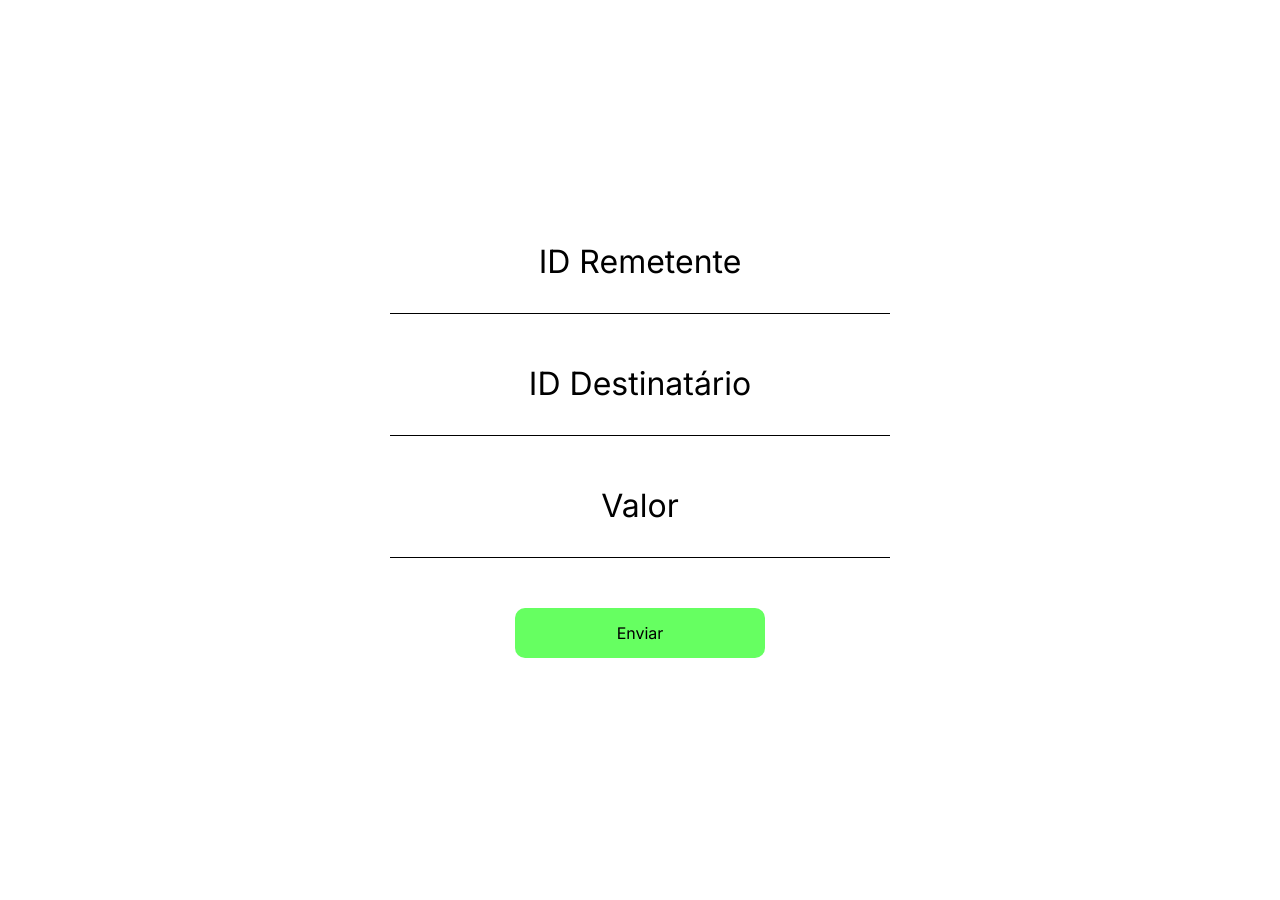
Repository: mateusilva8/tarefa-pix
Page: frontend/pix.html
These files come from the project's save history. The page is drawn as it stood at one moment and after the next save; the edit follows.
The browser window is 1280 px wide. The pictures show the whole page.

Above is the page before, as saved 2023-10-22 14:19:36.

### frontend/pix.html
<!DOCTYPE html>
<html lang="pt-BR">
<head>
  <meta charset="UTF-8">
  <meta name="viewport" content="width=device-width, initial-scale=1.0">
  <title>PIX</title>
  <link rel="preconnect" href="https://fonts.googleapis.com">
  <link rel="preconnect" href="https://fonts.gstatic.com" crossorigin>
  <link href="https://fonts.googleapis.com/css2?family=Inter:wght@400;700&display=swap" rel="stylesheet">
  <link rel="stylesheet" href="./css/pix.css">
</head>
<body>
    <div class="container">
        <div class="formulario">
            <form id="form">
                <div class="mb-3">
                  <label for="idRemetente" class="form-label">ID Remetente</label>
                  <input type="number" class="form-control" id="idRemetente">
                </div>
                <div class="mb-3">
                  <label for="idDestinatario" class="form-label">ID Destinatário</label>
                  <input type="number" class="form-control" id="idDestinatario">
                </div>
                <div class="mb-3">
                  <label for="valor" class="form-label">Valor</label>
                  <input type="number" class="form-control" id="valor">
                </div>
                <button type="button" class="btn" id="botaoEnviar">Enviar</button>
              </form>
        </div>
    </div>



  <script src="https://code.jquery.com/jquery-3.3.1.slim.min.js" integrity="sha384-q8i/X+965DzO0rT7abK41JStQIAqVgRVzpbzo5smXKp4YfRvH+8abtTE1Pi6jizo" crossorigin="anonymous"></script>
  <script src="https://cdnjs.cloudflare.com/ajax/libs/popper.js/1.14.3/umd/popper.min.js" integrity="sha384-ZMP7rVo3mIykV+2+9J3UJ46jBk0WLaUAdn689aCwoqbBJiSnjAK/l8WvCWPIPm49" crossorigin="anonymous"></script>
  <script src="./js/pix.js"></script>
</body>
</html>

### frontend/css/pix.css
body {
    margin: 0;
    padding: 0;
    font-family: 'Inter', sans-serif;
}

.container {
    display: flex;
    height: 700px;
    margin: 100px;
    justify-content: center;
    align-items: center;
}

.formulario {
    width: 100%;
    display: flex;
    flex-direction: column;
    align-items: center;
}

.formulario form {
    width: 500px;
    display: flex;
    flex-direction: column;
    align-items: center;
}

.mb-3 {
    display: flex;
    flex-direction: column;
    width: 100%;
    margin-bottom: 50px;
    font-size: 2rem;
    text-align: center;
}

input[type=number]::-webkit-inner-spin-button,
    input[type=number]::-webkit-outer-spin-button {
        -webkit-appearance: none;
        margin: 0;
    }

input {
    height: 2rem;
    margin: 0;
    padding: 0;
    border: none;
    border-bottom: 1px solid #000;
    outline: none;

    &:focus {
        border-bottom: 2px solid #00f;
    }
}

.btn {
    width: 250px;
    height: 50px;
    font-size: 1rem;
    font-family: 'Inter';
    font-weight: 400;
    background-color: rgb(102, 255, 97);
    border: 0;
    border-radius: 10px;
}

### frontend/js/pix.js
let idRemetente = document.getElementById('idRemetente');
let idDestinatario = document.getElementById('idDestinatario');
let valor = document.getElementById('valor')


async function realizarPix () {
    let payload = {
        senderId: idRemetente.value,
        recipientId: idDestinatario.value,
        value: valor.value,
      };

      let resposta = await fetch(`http://localhost:3000/pix-api/pix`, {
        method: 'POST',
        headers: {
            "Content-type" : 'application/json',
            "Acccept": 'appplication/json'
        },
        body: JSON.stringify(payload)
      });

      let mensagem = await resposta.json()

      if (mensagem.mensagem) {
          console.log(mensagem);
          alert(mensagem.mensagem);
      }else {
        console.log(mensagem);
        if (mensagem.error == 'The attribute "value" is required.')
        alert('Digite um valor válido');
        if (mensagem.error == 'The attribute "senderId" is required.')
        alert('Informe o ID do remetente');
        if (mensagem.error == 'The attribute "recipientId" is required.')
        alert('Informe o ID do destinatário');
      }

}

let botaoPix = document.getElementById('botaoEnviar');
  botaoPix.addEventListener('click', () => {
    realizarPix();
  })

After the next save:
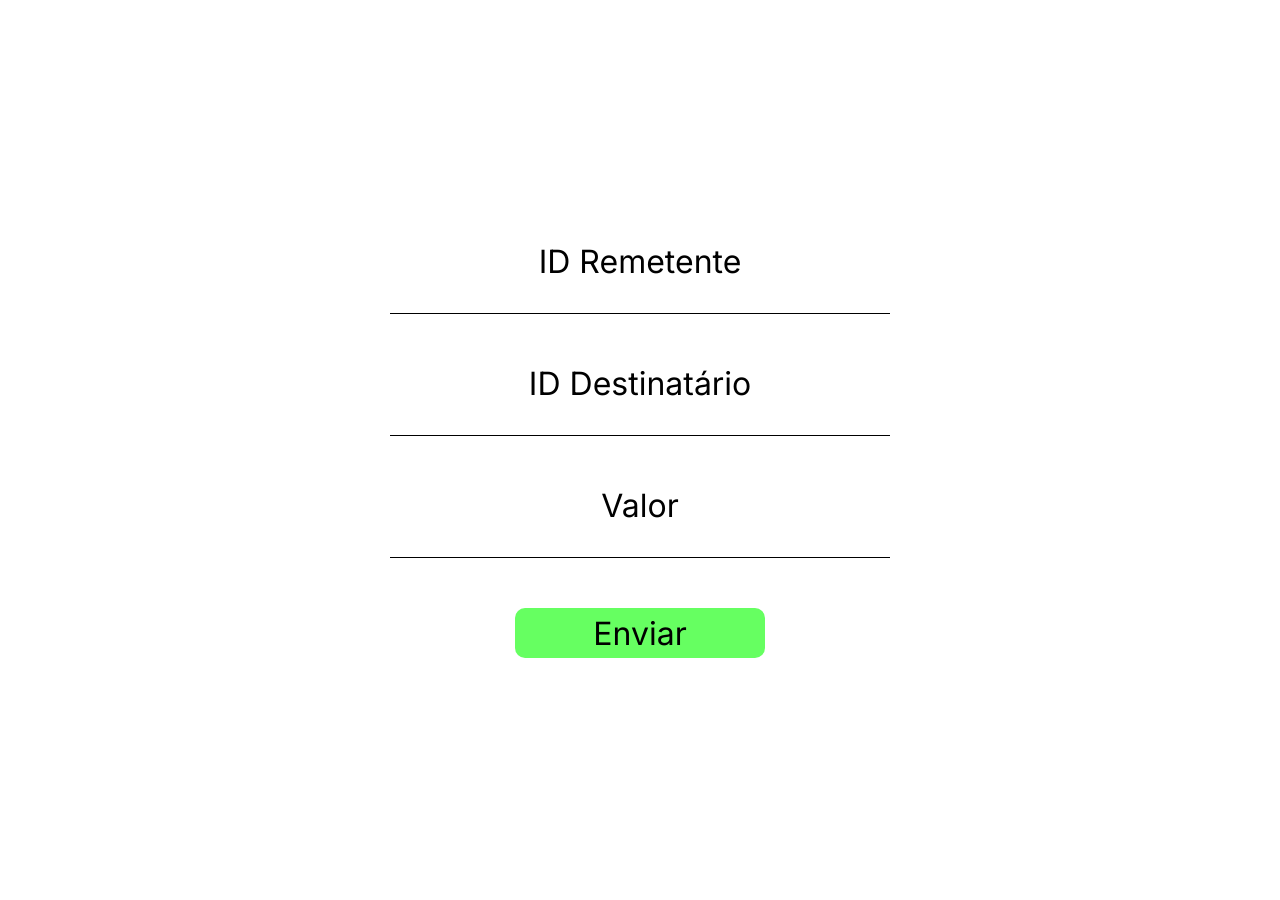
Saved 4 s later.
--- a/frontend/css/pix.css
+++ b/frontend/css/pix.css
@@ -57,7 +57,7 @@ input {
 .btn {
     width: 250px;
     height: 50px;
-    font-size: 1rem;
+    font-size: 2rem;
     font-family: 'Inter';
     font-weight: 400;
     background-color: rgb(102, 255, 97);
